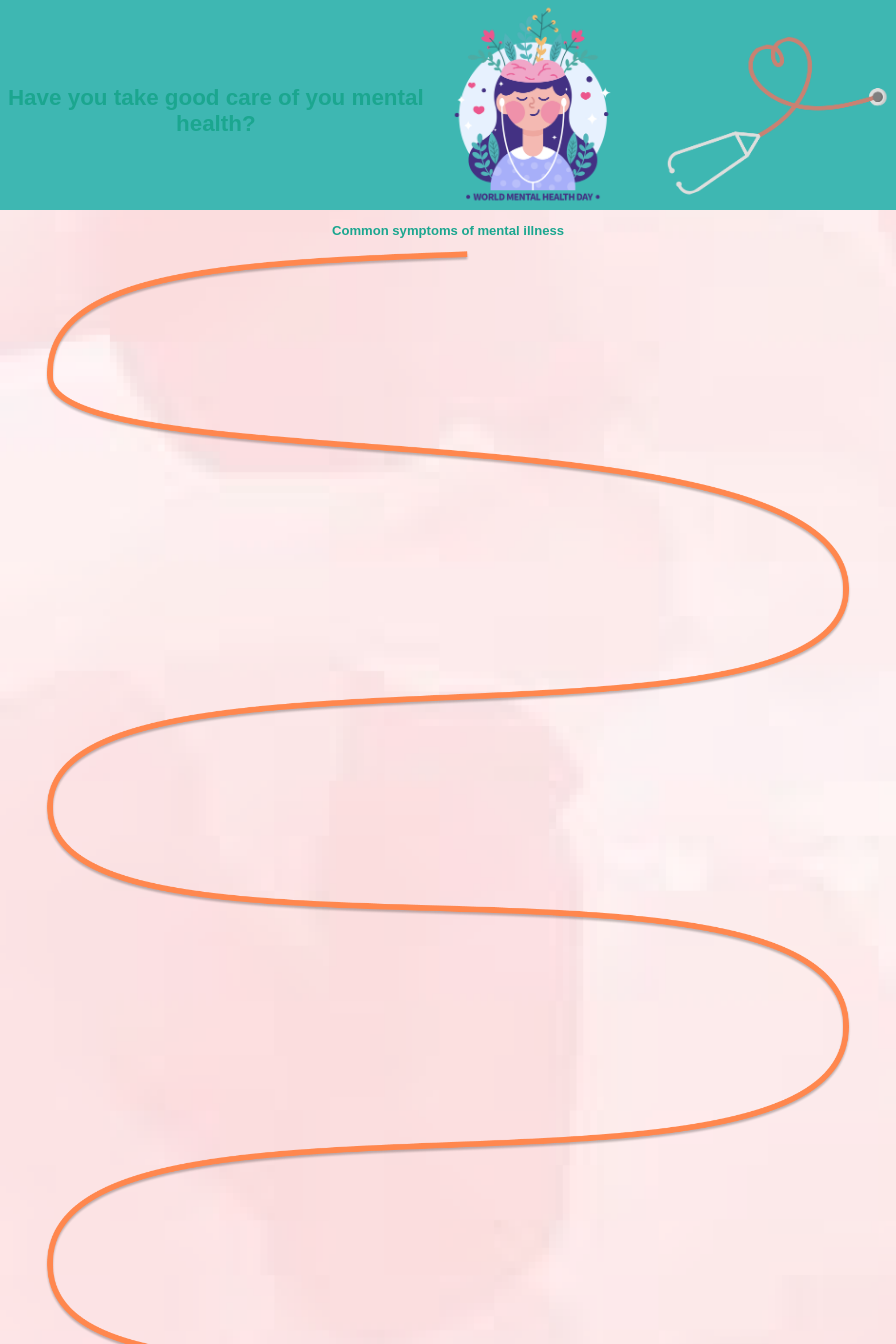
Repository: zzs1/2109-Dynamic-Content-Project
Page: Shin_code/index.html
These files come from the project's save history. The page is drawn as it stood at one moment and after a run of saves; the edit follows.
The browser window is 1280 px wide. The pictures show the part of the page from y = 0 to 1920 px (the page is 2930 px tall), at 70% of full size.
Some web fonts or font styles are not loaded; a fallback is used.

Above is the page before, as saved 2021-03-09 00:10:06.

### Shin_code/index.html
<html lang="en">
<head>
  <meta charset="UTF-8">
  <meta name="viewport" content="width=device-width, initial-scale=1.0">
  <link href="index.css" rel="stylesheet" type="text/css" >
  <link rel="preconnect" href="https://fonts.gstatic.com">
  <link href="https://fonts.googleapis.com/css2?family=Saira+Semi+Condensed:wght@500&display=swap" rel="stylesheet">
  <link href="https://fonts.googleapis.com/css2?family=Solway:wght@700&display=swap" rel="stylesheet">
  <link href="https://fonts.googleapis.com/css2?family=Sniglet&display=swap" rel="stylesheet">
  <title>Midterm group project for MDIA 2109</title>
</head>
<body>
  <!--please place your code in #main -->
  <div id="main">
    <!--Shin Part: Brain-->
    <div class="header image">
      <div class="headerpic"></div>
    </div>

    <!--Shin Part: Header: Have you take good care of you mental health? -->
    <div class="header caption">
      <div class="header_back">
        <h1 class="headertitle">Have you take good care of
          you mental health?
        </h1>
      </div>
        <img class="headimg" src="comps/caption/headimage.png" alt="firstimg">
        <img class="sideimg" src="comps/caption/sideimage.png" alt="secondimg">
    </div>

    <!--Shin Part: content1: Common symptoms of mental illness -->
   <div class="content center">
     <h3 class="content sub1">Common symptoms of mental illness</h3>
     <img class="arrow" src="comps/content/Group 13.png" alt="arrowkey" width="90%">
     <div class="content form"></div>
   </div>

    <!--Shin: Dont be afraid part-->
    <div class="foot cap">
      <div class="footline">Don't be afraid!</div>
      <div class="footpara">
        THE ABOVE SITUATION ARE THE SIGNS OF
        HAVING MENTAL HEALTH ISSUE AND IT IS <span style="color: yellow;">NORMAL</span> TO HAVE MENTAL DISORDER
      </div>
    </div>


  </div>

  <!--Shin scripts start from here-->
  <script src="comps/caption/index.js"></script>
   <script src="comps/headerpic/index.js"></script>
</body>
</html>

### Shin_code/index.css
html,body {
  margin:0;
}

#main {
  width:100vw;
  height:100vh;
  display:flex;
  flex-direction: column;
}
/* Shin */
.header {
  display: flex;
  width: 100%;
  align-items: center;
  justify-content: center;
}

.image {
  background-image: url("comps/headerpic/headerbackground.png");

}
.caption {
  background-color: #3EB7B2;
  width:100%;
  height: 740px;
  left: -1px;
  top: 0px;

}

.sub1 {
  text-align: center;
  color: #1BA68F;
  font-family:'Saira Semi Condensed', sans-serif;
}

.sub2 {
  text-align: center;
  color: yellow;
}

.headertitle{
  font-family:'Saira Semi Condensed', sans-serif;
  color: #1BA68F;
  text-align: center;
}
.cap{
  background-color: #6ED1BF;
  text-align: center;
}
.footline{
  text-align: center;
  font-family: 'Solway', serif;
  color: yellow;
  font-size: 120px;
  line-height: 144px;
  text-shadow: 0px 4px 4px rgba(0, 0, 0, 0.25);
  transform: matrix(1, 0, 0, 1, 0, 0);
}
.footpara{
font-family:'Saira Semi Condensed', sans-serif;
font-style: normal;
font-weight: 400;
font-size: 60px;
line-height: 94px;
color: #FFFFFF;
}
.center{
  background-image: url("comps/content/background.png");
  display: inline;

}
.header_back{

  width:80%;
  height:100px;
}
.headertitle{

}
.headimg{
width: 300px;
height: 300px;
left: -11px;
top: 400px;
}
.sideimg{
right: -11px;
top: 400px;
width: 529px;
height: 265px;
}
.arrow{
  z-index: -1;
  display: block;
  margin-left: auto;
  margin-right: auto;

}

/* DONT TOUCH !! Chisaki Part Start from here */
.container {
 min-width:100%;
}
.cardquestions{
  background-color:#1BA68F;
}
.card {
  display:flex;
  flex-direction:row;
  flex-wrap: wrap;
  justify-content:center;
  align-items: center;
  margin:30px;
  font-family: 'Saira Semi Condensed', sans-serif;
}
.mid{
  background-color:#FFFFFF;
  text-align: center;
}
.midtitle {
 color:#1BA68F;
 font-family: 'Saira Semi Condensed', sans-serif;

}

.iconsection {
  background-color:#FFAA81;

}
.title,.title2{
  display: flex;
  justify-content:center;
  align-items: center;
  margin:30px;
  font-family: 'Saira Semi Condensed', sans-serif;
}

.icon {
  display: flex;
  flex-wrap: wrap;
  justify-content:center;
  align-items: center;
  margin:10px;
  font-family: 'Saira Semi Condensed', sans-serif;

}
.subtitle {
  color:#FFEBE4;
  text-align: center;
  font-family: 'Saira Semi Condensed', sans-serif;
}
.hidden{
  display:none;
}
.info {
justify-content: center;
align-items: center;
font-family: 'Saira Semi Condensed', sans-serif;
}

### Shin_code/comps/caption/index.js
function captionUI(text="filler"){
return`<div style='position: absolute;
width: 150px;
height: 300px;
left: calc(50% - 1345px/2 + 16px);
top: 169px;
background-color: #FFFFFF;
border-radius: 30px;'><p style='font-family: Sniglet;
font-style: normal;
font-weight: normal;
font-size: 80px;
line-height: 100px;
text-align: center;'>${text}</p></div>

`
}

Loaded but not shown: Shin_code/comps/headerpic/index.js (no copy from this time; the picture is the same without it)

After the next 6 saves:
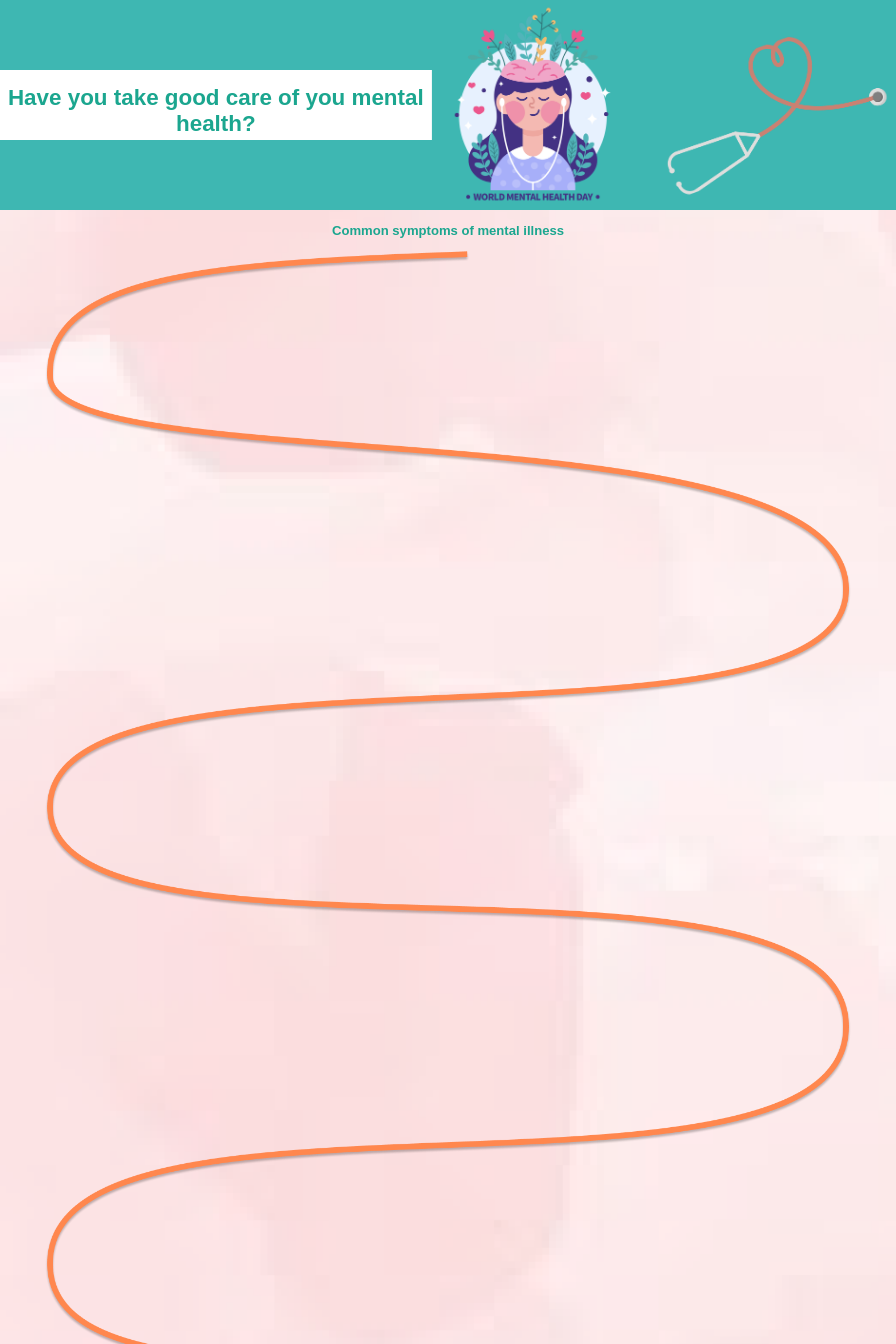
The 6 saves are shown as one change because they came seconds apart.
The last was saved 15 s later.
--- a/Shin_code/index.css
+++ b/Shin_code/index.css
@@ -75,6 +75,7 @@ color: #FFFFFF;
 
   width:80%;
   height:100px;
+  background-color: #FFFFFF;
 }
 .headertitle{
 
